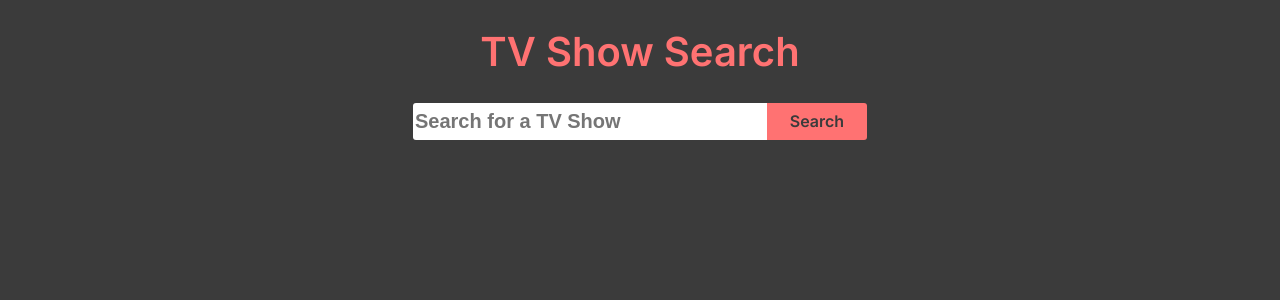
Repository: shayanabedi98/tv-search-react
Page: /
An editor plug-in stored every save of this project. The page is shown before and after the next save, followed by the edit.
The browser window is 1280 px wide. The pictures show the whole page.
The project was rebuilt for these pictures with package versions that can differ from the ones it lists, and the page was loaded fresh each time. Also part of the build but not shown: vite.config.js.

Above is the page before, as saved 2024-01-02 03:32:34.

After the next save:
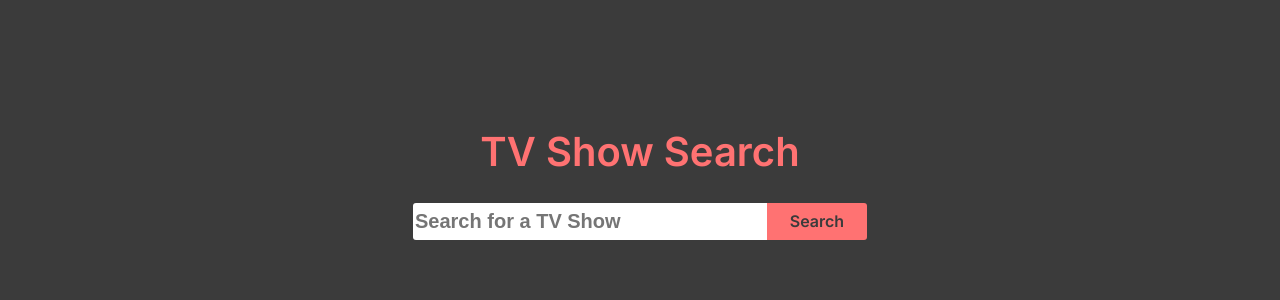
Saved 94 s later.
--- a/src/index.css
+++ b/src/index.css
@@ -9,7 +9,7 @@ body {
 }
 
 .search {
-  margin: 0 auto;
+  margin: 100px auto 100px auto;
   text-align: center;
   width: 950px;
   display: grid;
